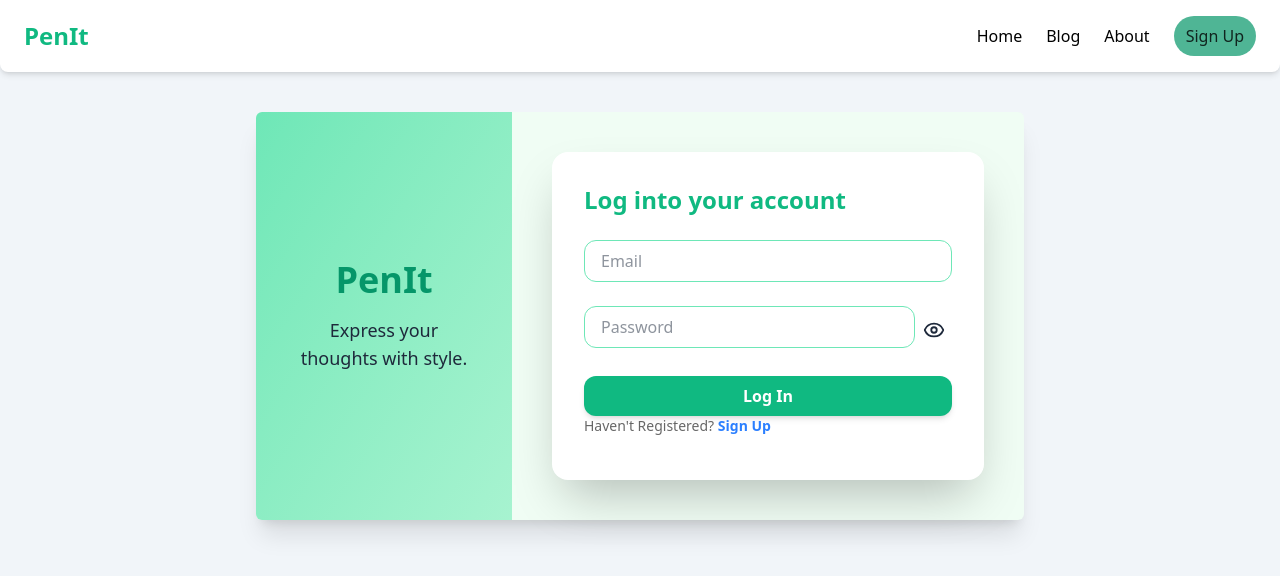
Repository: Mounika-chukkala/PenIt
Page: /signin (app in frontend/)
An editor plug-in stored every save of this project. The page is shown before and after the next save, followed by the edit.
The browser window is 1280 px wide. The pictures show the whole page.
The project was rebuilt for these pictures with package versions that can differ from the ones it lists, and the page was loaded fresh each time. Also part of the build but not shown: frontend/vite.config.js, frontend/src/Pages/Signin.jsx, frontend/src/Pages/Signup.jsx, frontend/src/components/CreateBlog.jsx, frontend/src/Pages/AddBlog.jsx.

Above is the page before, as saved 2025-05-24 11:58:50.

After the next save:
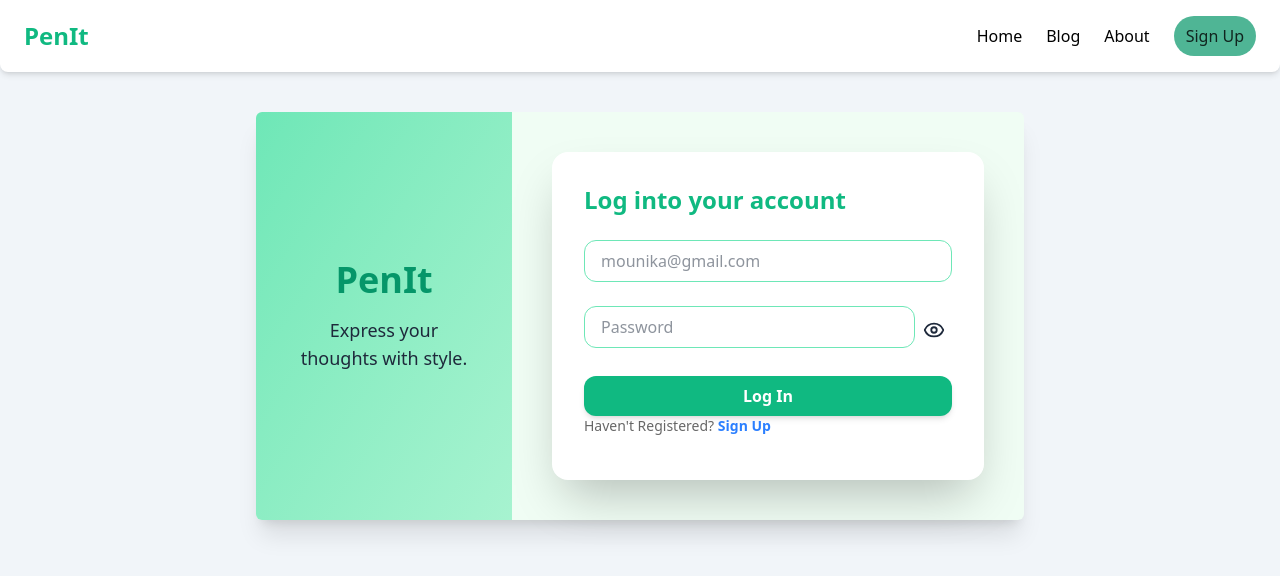
Saved 8 min 4 s later.
--- a/frontend/src/Pages/AuthForm.jsx
+++ b/frontend/src/Pages/AuthForm.jsx
@@ -95,7 +95,7 @@ function AuthForm({type}) {
             <input
               className="w-full my-3 px-4 py-2 border border-[#6EE7B7] rounded-xl focus:outline-none focus:ring-2 focus:ring-[#10B981] transition-all"
               type="email"
-              placeholder="Email"
+              placeholder="mounika@gmail.com"
               onChange={(e) =>
                 setUserData({ ...userData, email: e.target.value })
               }
